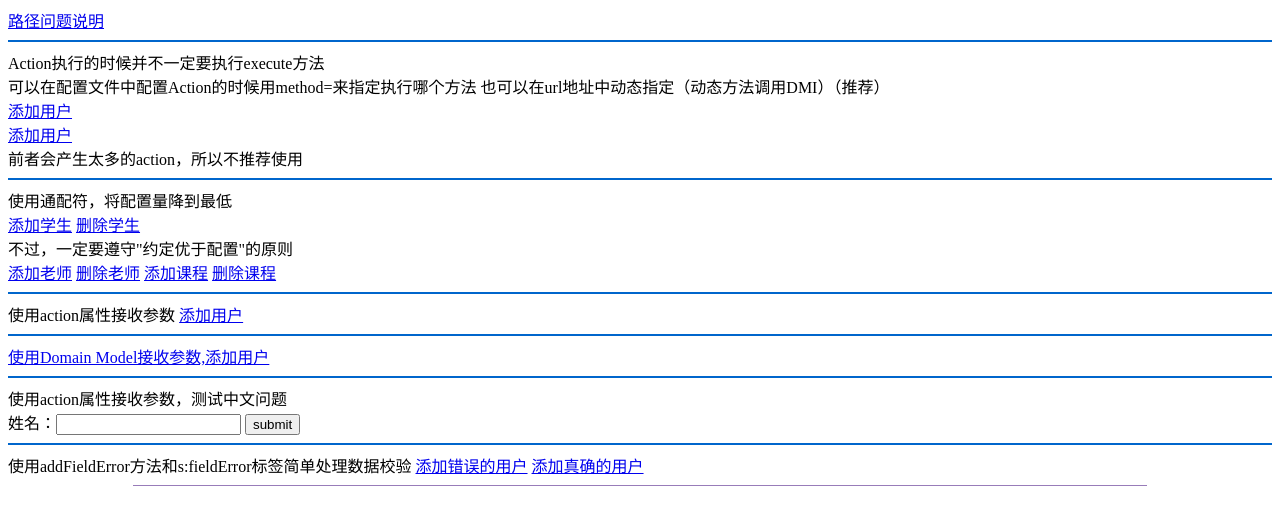
Repository: chellong/StrutsBasic
Page: http://localhost/Struts2.3Sx_1/
The author's editor kept a copy of each file at every save. The page is drawn from the files as they stood at one save, then again after the next save.
The browser window is 1280 px wide. The pictures show the whole page.
The page is served by Tomcat 9. Nobody is signed in. The application's start-up code is not run. Other server files are loaded and not shown.

Above is the page before, as saved 2016-01-23 14:22:25.

### Struts2.3Sx_1/WebContent/index.jsp
<?xml version="1.0" encoding="utf-8" ?>
<%@ page language="java" contentType="text/html; charset=utf-8"
	pageEncoding="utf-8"%>

<%
	String path = request.getContextPath();
	String basePath = request.getScheme() + "://" + request.getServerName() + ":" + request.getServerPort()
			+ path + "/";
%>

<!DOCTYPE html PUBLIC "-//W3C//DTD XHTML 1.0 Transitional//EN" "http://www.w3.org/TR/xhtml1/DTD/xhtml1-transitional.dtd">

<html xmlns="http://www.w3.org/1999/xhtml">
<head>
<base href="<%=basePath%>" />
<meta http-equiv="Content-Type" content="text/html; charset=GB18030" />
<title>Insert title here</title>
</head>
<body>
	<a href="path/path.action">路径问题说明</a>
	<hr noshade color="#0066cc" />
	Action执行的时候并不一定要执行execute方法
	<br /> 可以在配置文件中配置Action的时候用method=来指定执行哪个方法
	也可以在url地址中动态指定（动态方法调用DMI）（推荐）
	<br />
	<a href="/user/userAdd">添加用户</a>
	<br />
	<a href="/user/user!add">添加用户</a>
	<br /> 前者会产生太多的action，所以不推荐使用

	<hr noshade color="#0066cc" />

	使用通配符，将配置量降到最低
	<br />
	<a href="/actions/Studentadd">添加学生</a>
	<a href="/actions/Studentdelete">删除学生</a>
	<br /> 不过，一定要遵守"约定优于配置"的原则
	<br />
	<a href="/actions/Teacher_add">添加老师</a>
	<a href="/actions/Teacher_delete">删除老师</a>
	<a href="/actions/Course_add">添加课程</a>
	<a href="/actions/Course_delete">删除课程</a>

	<hr noshade color="#0066cc" />
	使用action属性接收参数
	<a href="user/user_007?name=a&age=8">添加用户</a>

	<hr noshade color="#0066cc" />
	<a href="user/user_008?user.name=a&user.age=8">使用Domain
		Model接收参数,添加用户</a>

	<!-- 	中文问题 -->
	<hr noshade color="#0066cc" />
	使用action属性接收参数，测试中文问题
	<form action="user/user_008" method="post">
		姓名：<input type="text" name="name"></input> <input type="submit"
			value="submit" />
	</form>
	<!-- 	数据验证 -->
	<hr noshade color="#0066cc" />
	使用addFieldError方法和s:fieldError标签简单处理数据校验
	<a href="user/user_009?name=a">添加错误的用户</a>
	<a href="user/user_009?name=admin">添加真确的用户</a>

	<hr style="border:1 dashed #987cb9" width="80%" color=#987cb9 SIZE=1 />
</body>
</html>

After the next save:
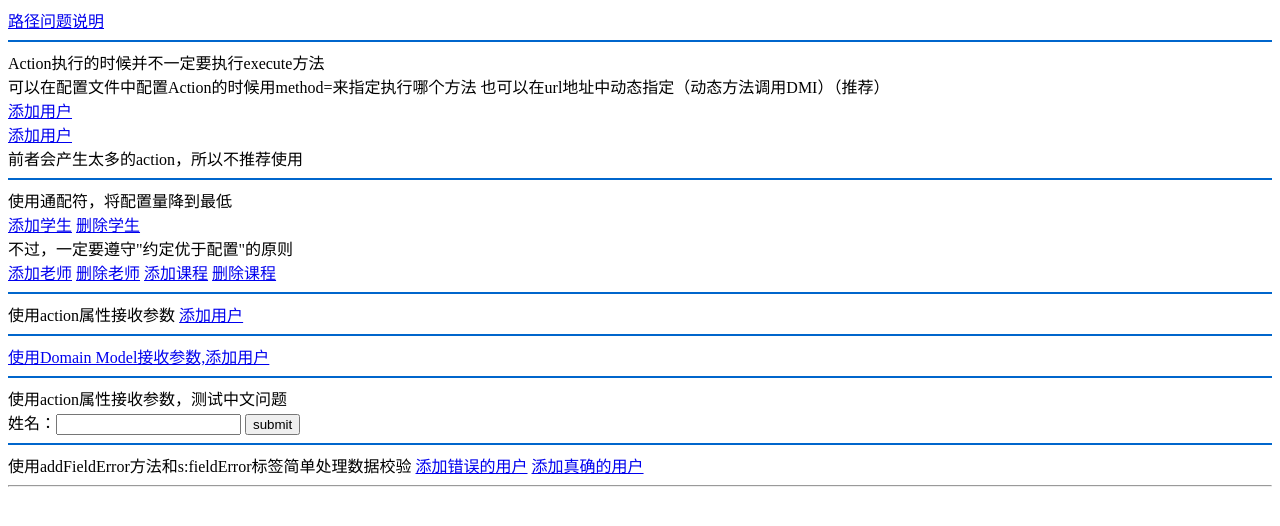
Saved 20 s later.
--- a/Struts2.3Sx_1/WebContent/index.jsp
+++ b/Struts2.3Sx_1/WebContent/index.jsp
@@ -62,6 +62,6 @@
 	<a href="user/user_009?name=a">添加错误的用户</a>
 	<a href="user/user_009?name=admin">添加真确的用户</a>
 
-	<hr style="border:1 dashed #987cb9" width="80%" color=#987cb9 SIZE=1 />
+	<hr style="border:1 dashed #987cb9" />
 </body>
 </html>
